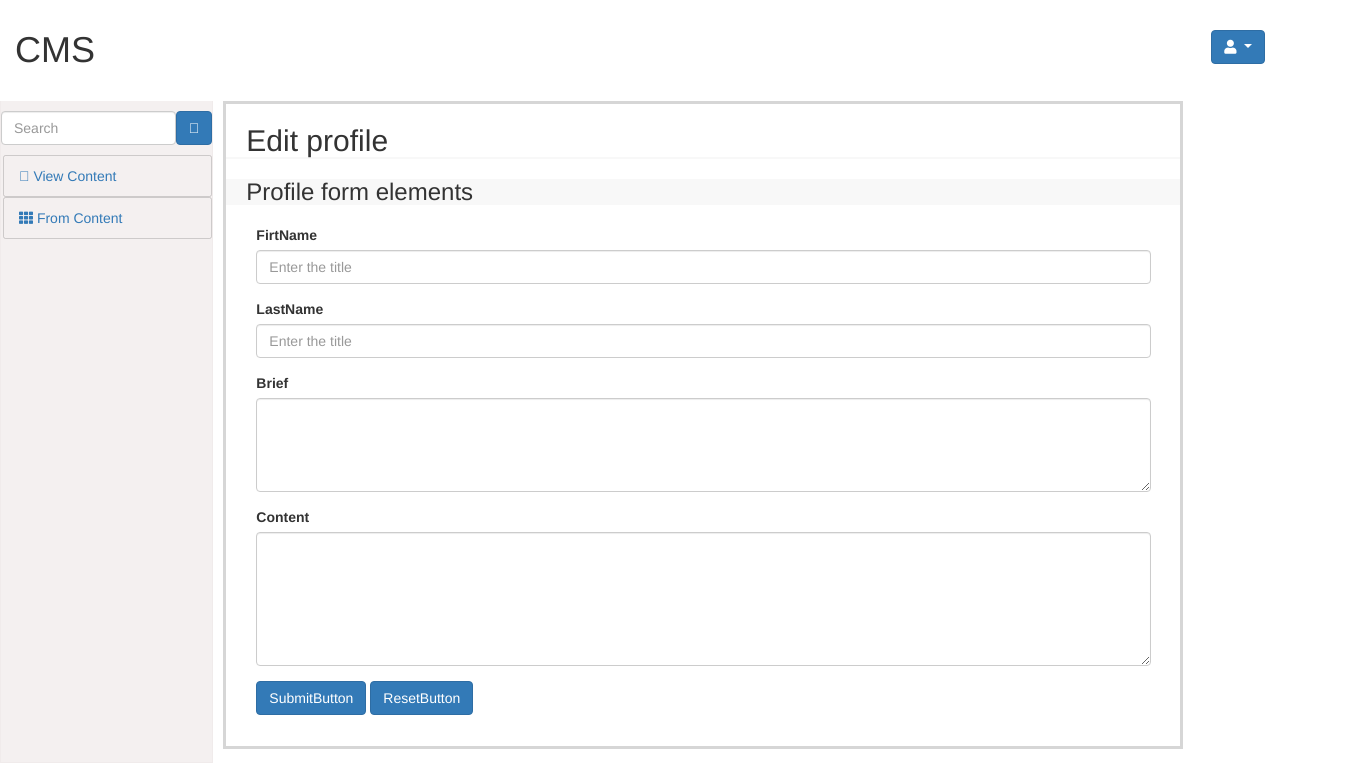
Repository: NgocNB20/travel
Page: NgocNb20_assigment8_9/edit.html
The author's editor kept a copy of each file at every save. The page is drawn from the files as they stood at one save, then again after the next save.
The browser window is 1280 px wide. The page is 1366 px wide, so the pictures cover 1366 px, including what lies to the right of the window. The pictures show the whole page.
Some web libraries are served in a nearby version.

Above is the page before, as saved 2021-10-06 00:53:32.

After the next save:
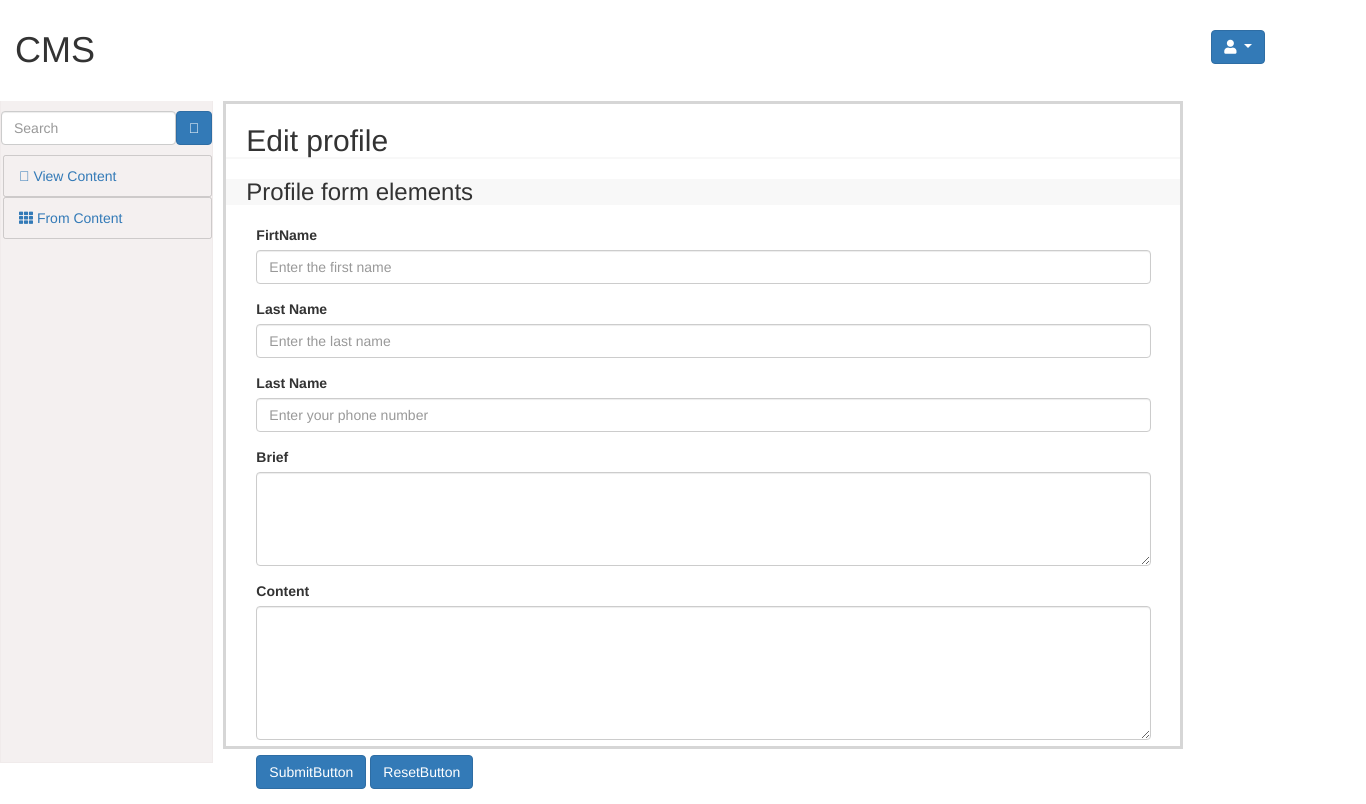
Saved 87 s later.
--- a/NgocNb20_assigment8_9/edit.html
+++ b/NgocNb20_assigment8_9/edit.html
@@ -79,12 +79,17 @@
                   <div class="form-group ">
                     <label for="exampleFormControlInput1" class="form-desc">FirtName</label>
                     <input type="text" class="form-control" id="exampleFormControlInput1"
-                      placeholder="Enter the title">
+                      placeholder="Enter the first name">
                   </div>
                   <div class="form-group ">
-                    <label for="exampleFormControlInput1" class="form-desc">LastName</label>
+                    <label for="exampleFormControlInput1" class="form-desc">Last Name</label>
                     <input type="text" class="form-control" id="exampleFormControlInput1"
-                      placeholder="Enter the title">
+                      placeholder="Enter the last name">
+                  </div>
+                  <div class="form-group ">
+                    <label for="exampleFormControlInput1" class="form-desc">Last Name</label>
+                    <input type="text" class="form-control" id="exampleFormControlInput1"
+                      placeholder="Enter your phone number">
                   </div>
                   <div class="form-group">
                     <label for="exampleFormControlTextarea1" class="form-desc">Brief</label>
